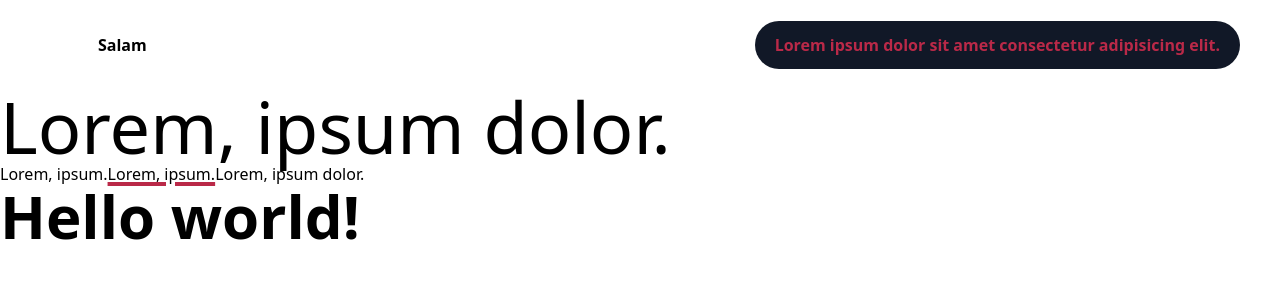
Repository: khaled-m1/Blog-Next.js
Page: /
An editor plug-in stored every save of this project. The page is shown before and after the next save, followed by the edit.
The browser window is 1280 px wide. The pictures show the whole page.
The project was rebuilt for these pictures with package versions that can differ from the ones it lists, and the page was loaded fresh each time. The framework's server and built-in components were replaced by stand-ins that run in the browser. Also part of the build but not shown: next.config.js.

Above is the page before, as saved 2023-01-15 23:45:42.

After the next save:
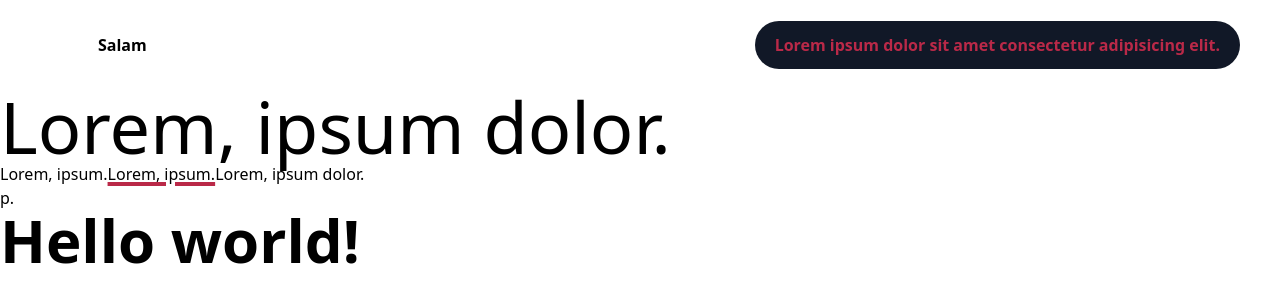
Saved 15 s later.
--- a/components/Bannar.tsx
+++ b/components/Bannar.tsx
@@ -13,6 +13,7 @@ export const Bannar = () => {
           Lorem, ipsum dolor.
         </h2>
       </div>
+      p.
     </div>
   );
 };
